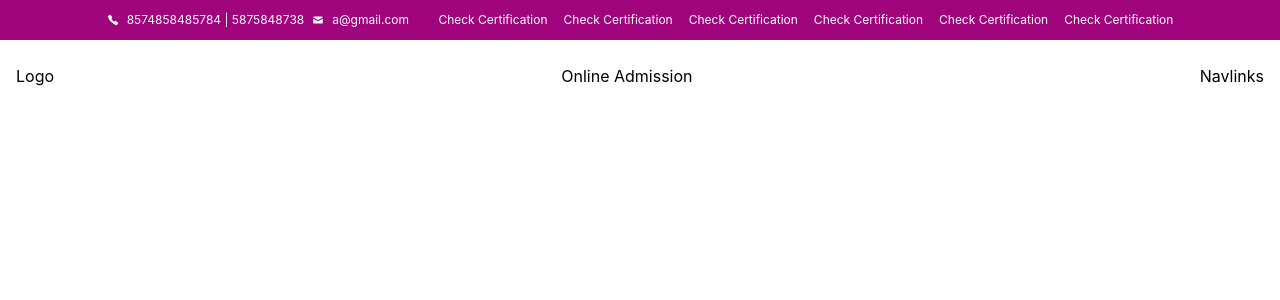
Repository: Sushant203/react-training-
Page: /
An editor plug-in stored every save of this project. The page is shown before and after the next save, followed by the edit.
The browser window is 1280 px wide. The pictures show the whole page.
The project was rebuilt for these pictures with package versions that can differ from the ones it lists, and the page was loaded fresh each time. Also part of the build but not shown: src/App.css, src/components/LowerNav.jsx, src/components/UpperNav.jsx.

Above is the page before, as saved 2022-12-19 09:41:32.

After the next save:
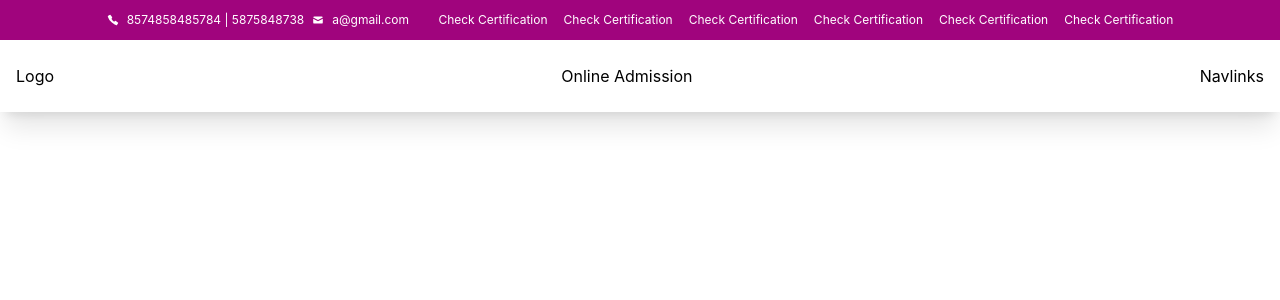
Saved 48 s later.
--- a/src/components/Naviagtion/Toolbar/index.jsx
+++ b/src/components/Naviagtion/Toolbar/index.jsx
@@ -4,7 +4,7 @@ import Secondary from "./Secondary";
 
 function Index() {
   return (
-    <div className="h-10 bg-mainColor w-screen">
+    <div className="h-fit bg-mainColor w-screen shadow-xl sha-gray-400 ">
       <Header />
       <Secondary />
     </div>
